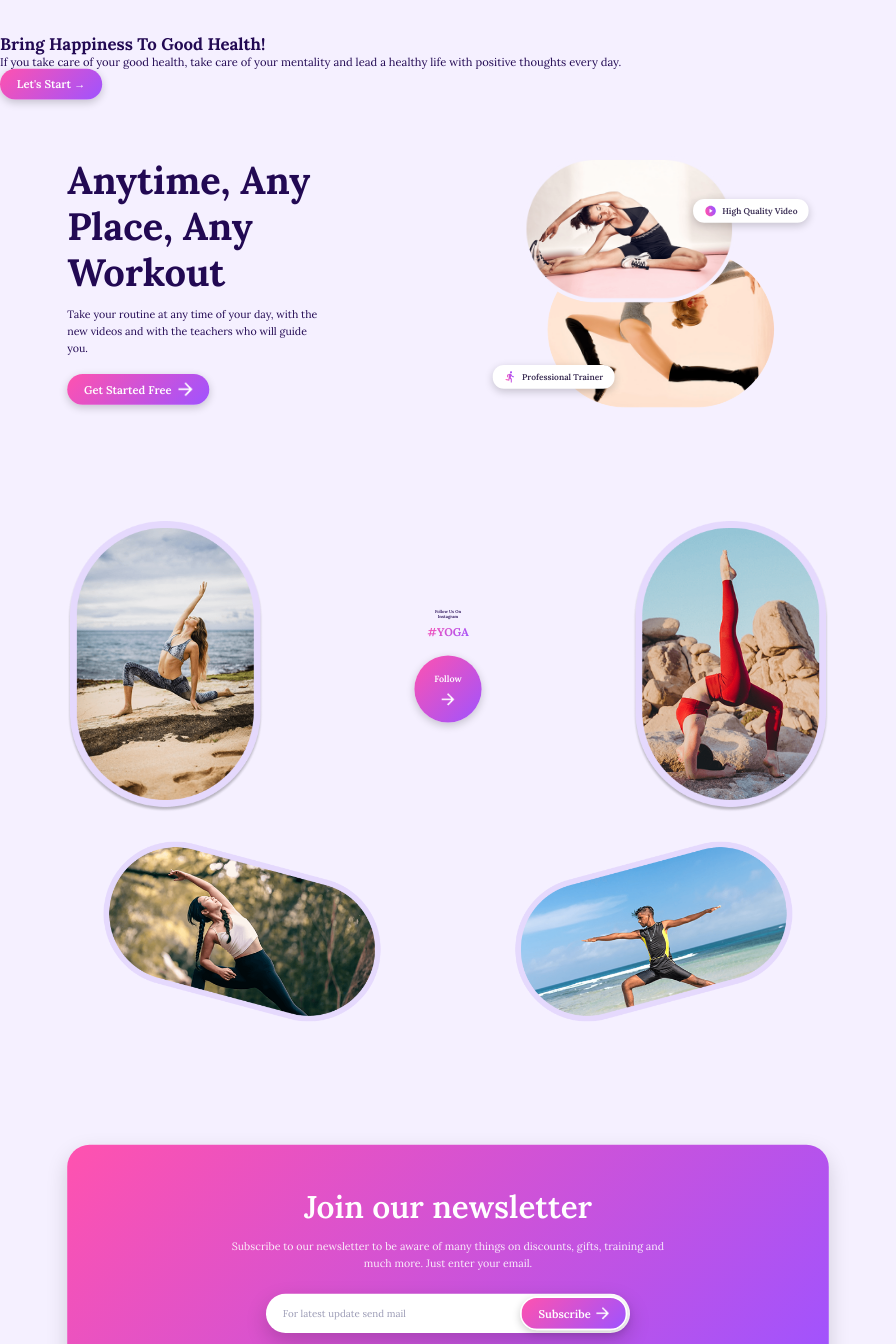
Repository: EunsuhJeon/responsive-yoga-website
Page: index.html
These files come from the project's save history. The page is drawn as it stood at one moment and after the next save; the edit follows.
The browser window is 1280 px wide. The pictures show the part of the page from y = 1026 to 2946 px (the page is 3412 px tall), at 70% of full size.

Above is the page before, as saved 2025-11-27 00:26:34.

After the next save:
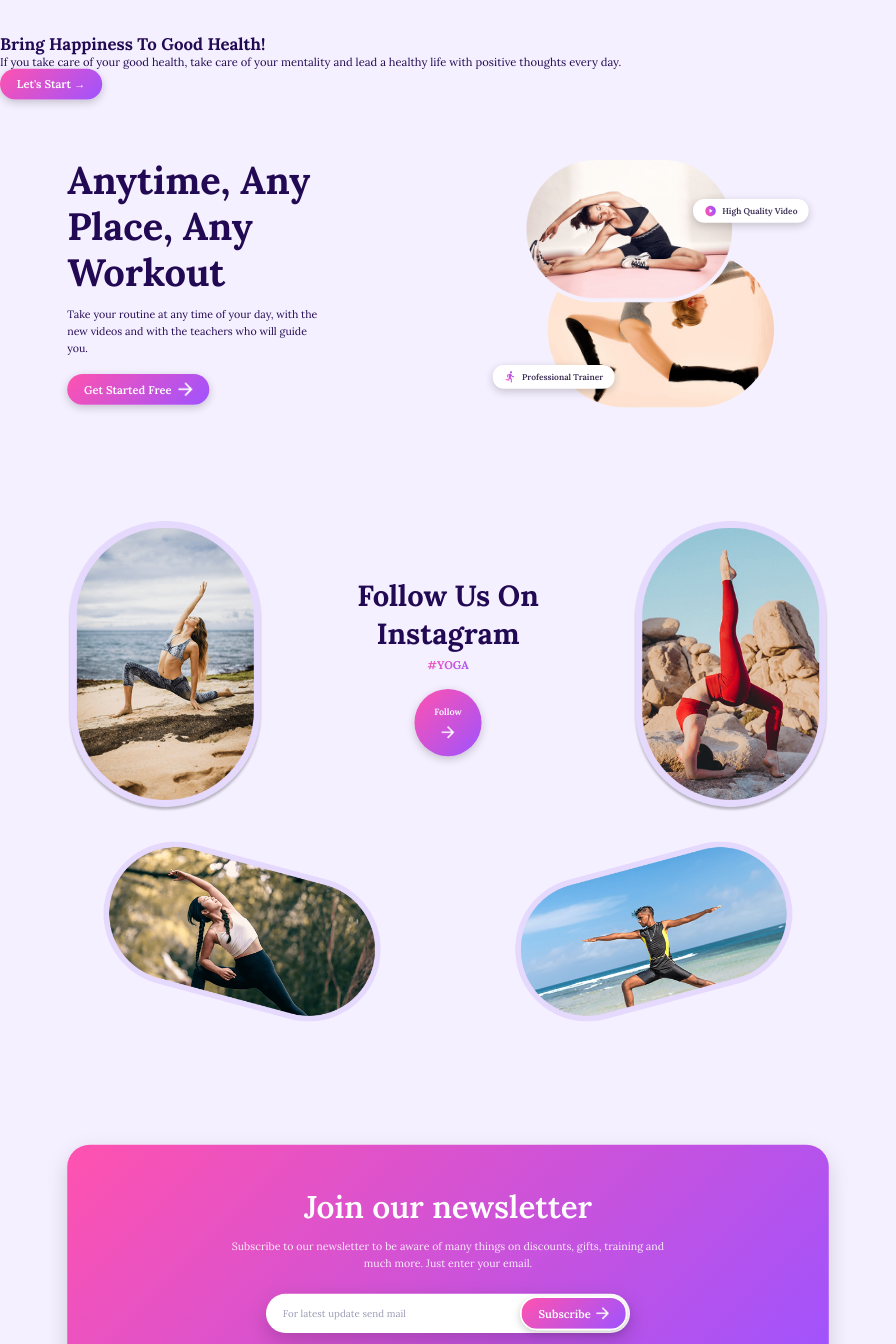
Saved 68 s later.
--- a/main.css
+++ b/main.css
@@ -622,10 +622,8 @@ header a{
 }
 
 .seccion-5-title {
-  font-size: 6px;/*clamp(2rem, 2.4vw + 1rem, 2.6rem)*/
-  line-height: 1.1;
-  font-weight: 600;
-  font-family: "Lora", serif;
+  font-size: clamp(2rem, 2.4vw + 1rem, 2.6rem);
+  line-height: 1.3;
   margin-bottom: 8px;
 }
 
